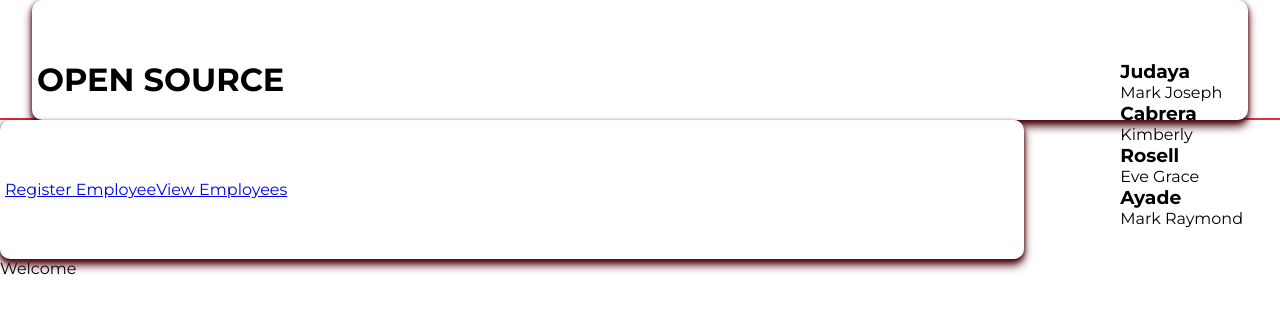
Repository: azkalonz/Int-Prog-2
Page: http://localhost/Int_Prog_2/?page=home
An editor plug-in stored every save of this project. The page is shown before and after the next save, followed by the edit.
The browser window is 1280 px wide. The pictures show the whole page.
The page is served by Tomcat 9.

Above is the page before, as saved 2021-03-30 05:36:08.

After the next save:
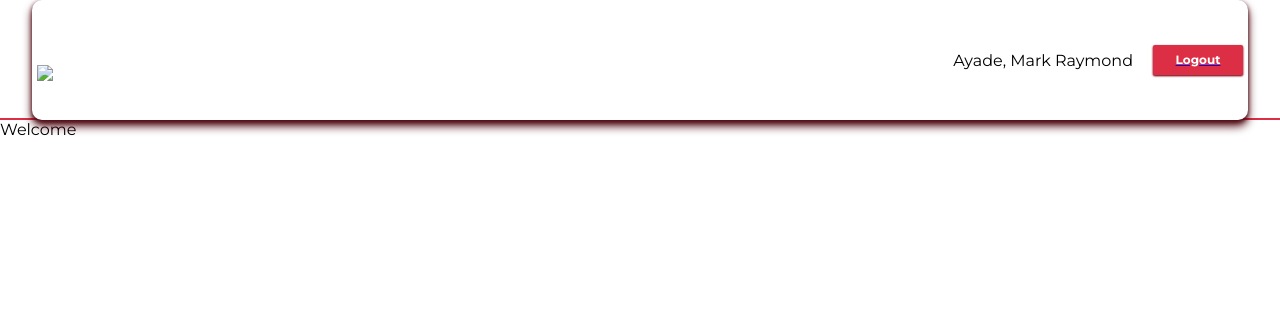
Not found: Int Prog 2/Int_Prog_2/logo/horizontal.png
Saved 31 s later.
--- a/Int Prog 2/WebContent/WEB-INF/layout/header.jsp
+++ b/Int Prog 2/WebContent/WEB-INF/layout/header.jsp
@@ -8,34 +8,16 @@
 <link rel="stylesheet" href="<%=request.getContextPath()%>/css/style.css"/>
 </head>
 <body>
-<header>
-        <div class="container">
-            <h1>OPEN SOURCE</h1>
-            <div class="namesCon">
-                <div class="names">
-                    <h3>Judaya</h3>
-                    <span>Mark Joseph</span>
-                </div>
-                <div class="names">
-                    <h3>Cabrera</h3>
-                    <span>Kimberly</span>
-                </div>
-                <div class="names">
-                    <h3>Rosell</h3>
-                    <span>Eve Grace</span>
-                </div>
-                <div class="names">
-                    <h3>Ayade</h3>
-                    <span>Mark Raymond</span>
-                </div>
-            </div>
-        </div>
-    </header>
-    <div class="navCon">
-        <div class="container">
-            <a class="button" href="<%=request.getContextPath()%>/register">Register Employee</a>
-            <a class="button" href="<%=request.getContextPath()%>/employee">View Employees</a>
-        </div>
-    </div>
-
-    <div class="thecontent">
+	<header>
+	        <div class="container">
+	            <div class="logo-con">
+	                <img src="./logo/horizontal.png">
+	            </div>
+	            <div class="account-con">
+	                <span>Ayade, Mark Raymond</span>
+	                <a href="./login.html">
+	                    <div class="button">Logout</div>
+	                </a>
+	            </div>
+	        </div>
+	    </header>
